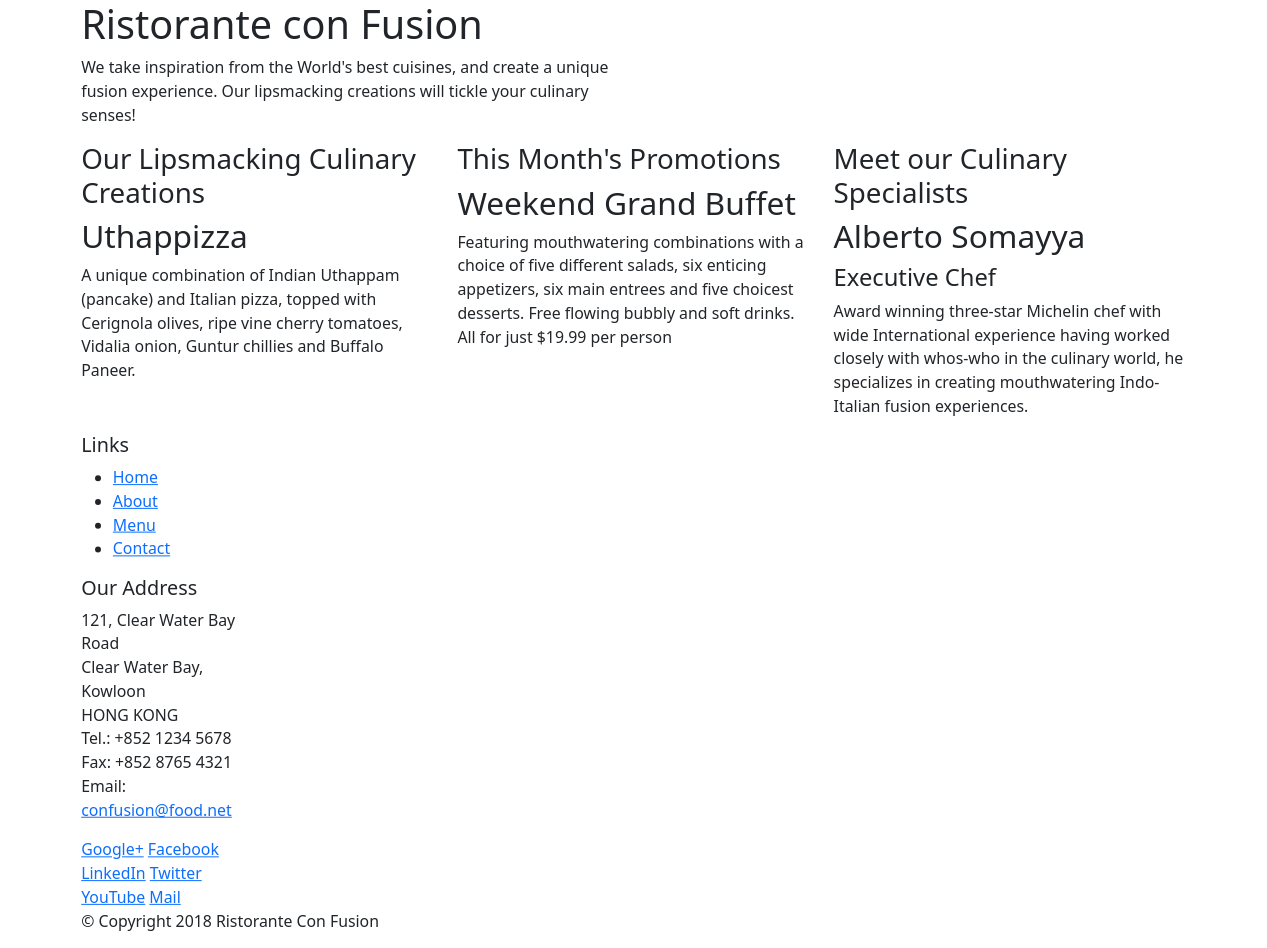
Repository: GiaBaooLe/Reactjs
Page: index.html
The author's editor kept a copy of each file at every save. The page is drawn from the files as they stood at one save, then again after the next save.
The browser window is 1280 px wide. The pictures show the whole page, at 99% of full size.
Some web libraries are served in a nearby version.

Above is the page before, as saved 2023-09-12 14:07:15.

After the next save:
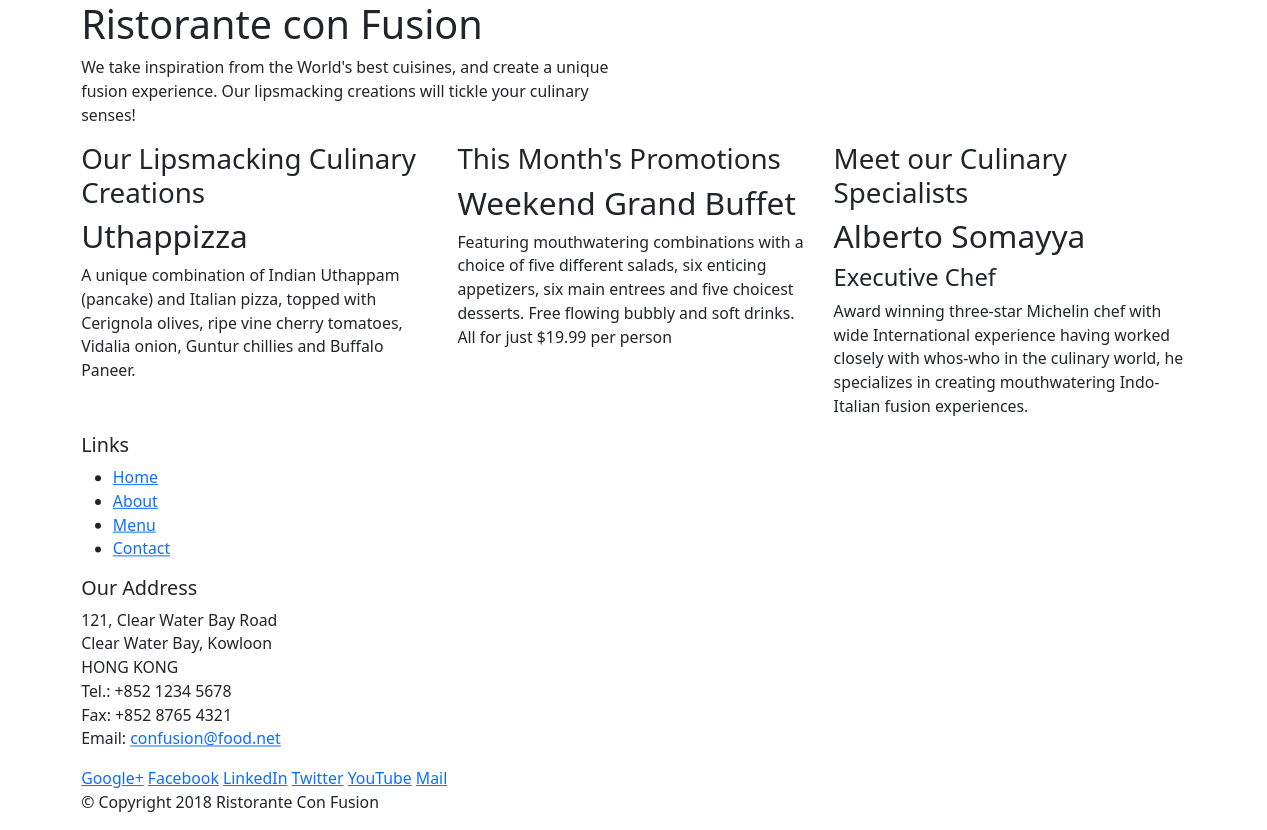
Saved 11 s later.
--- a/index.html
+++ b/index.html
@@ -102,7 +102,7 @@
               <li><a href="#">Menu</a></li>
               <li><a href="#">Contact</a></li>
             </ul>
-          </>
+          </div>
           <div>
             <h5>Our Address</h5>
             <address>
